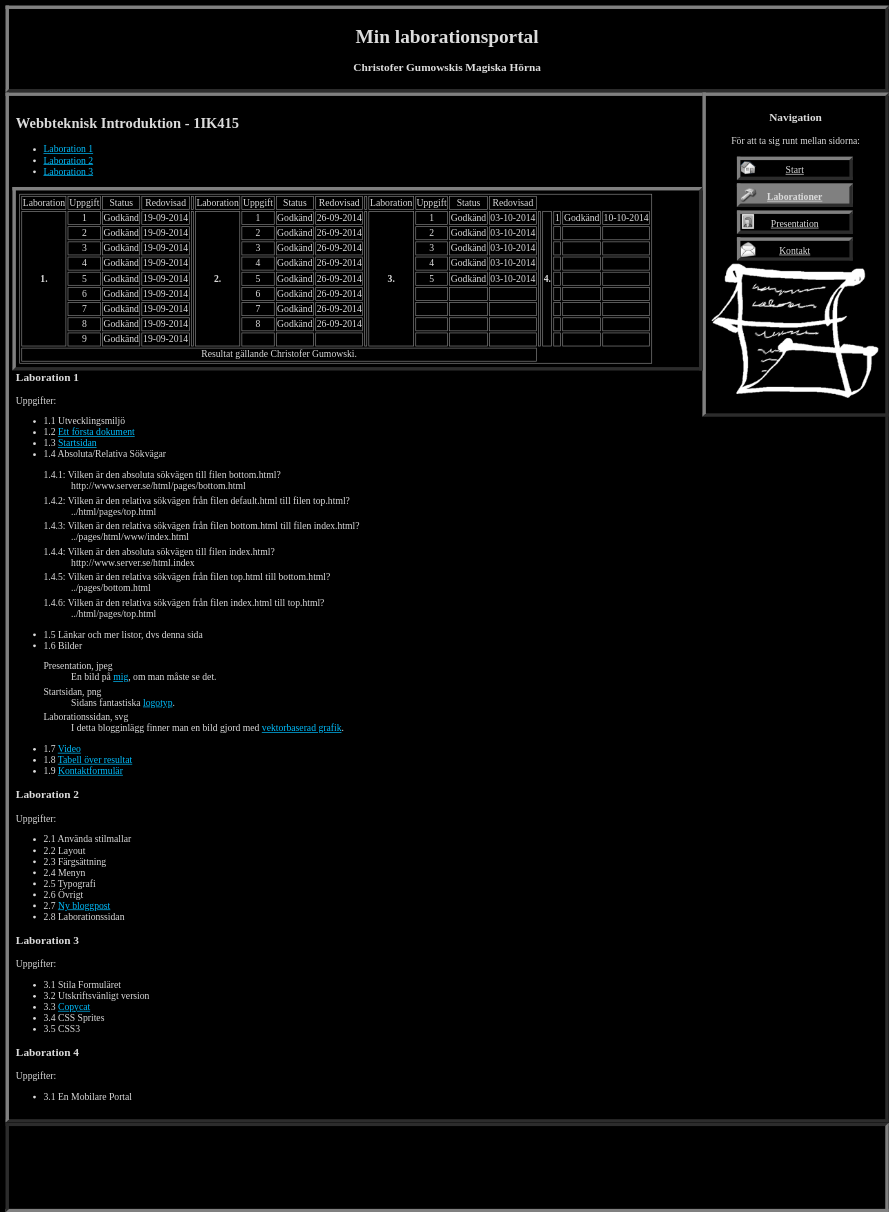
Repository: cg222im/1IK415_cg222im
Page: pages/laborationer.html
The author's editor kept a record of every edit. The page is drawn from the files as they stood at one moment, then again after the next edit.
The browser window is 1280 px wide. The page is 1288 px wide, so the pictures cover 1288 px, including what lies to the right of the window. The pictures show the whole page, at 69% of full size.

Above is the page before.

After the next edit:
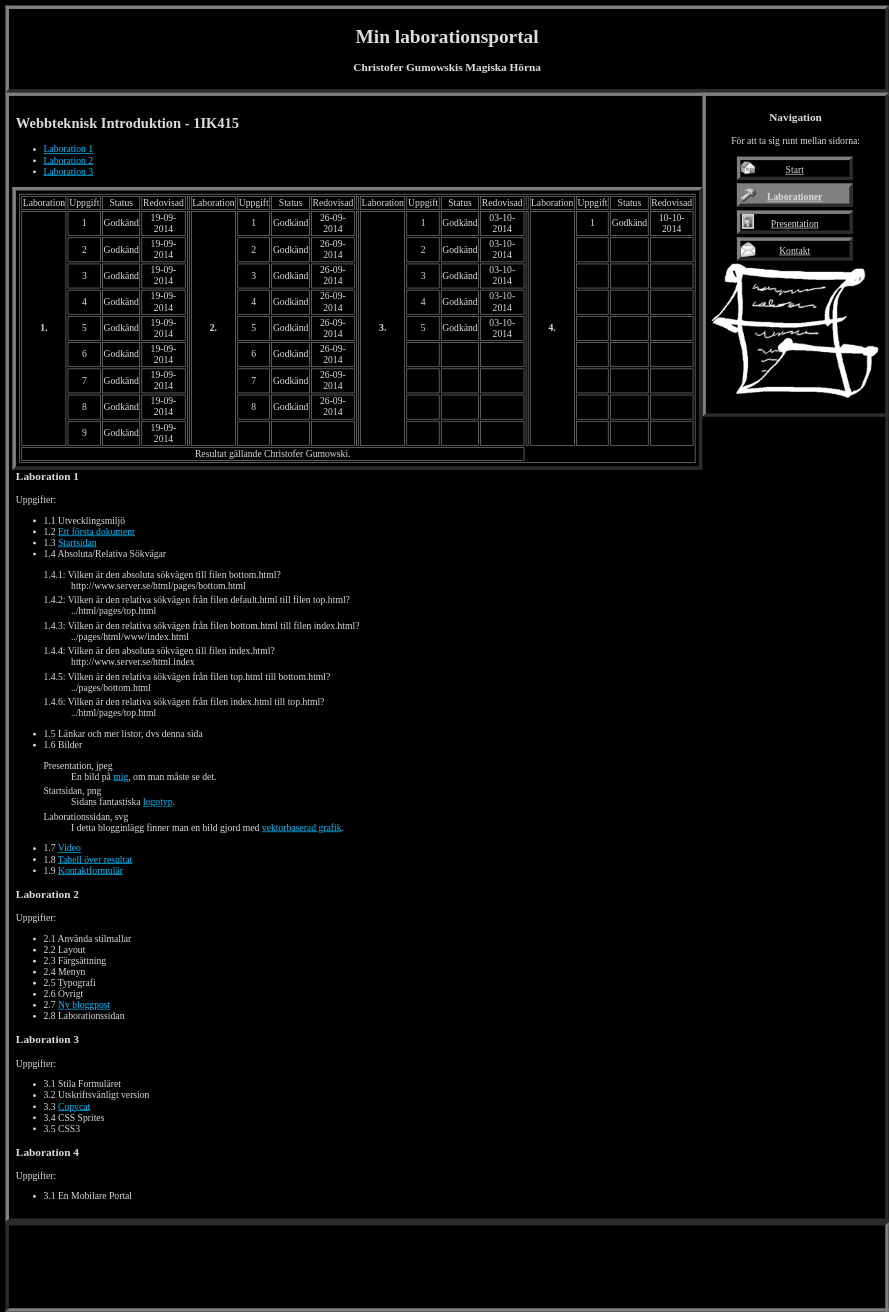
The edit:
--- a/pages/laborationer.html
+++ b/pages/laborationer.html
@@ -79,6 +79,13 @@
                                 <td>Uppgift</td>
                                 <td>Status</td>
                                 <td>Redovisad</td>
+
+                                <td></td>
+
+                                <td>Laboration</td>
+                                <td>Uppgift</td>
+                                <td>Status</td>
+                                <td>Redovisad</td>
                             </tr>
                         </thead>
 
